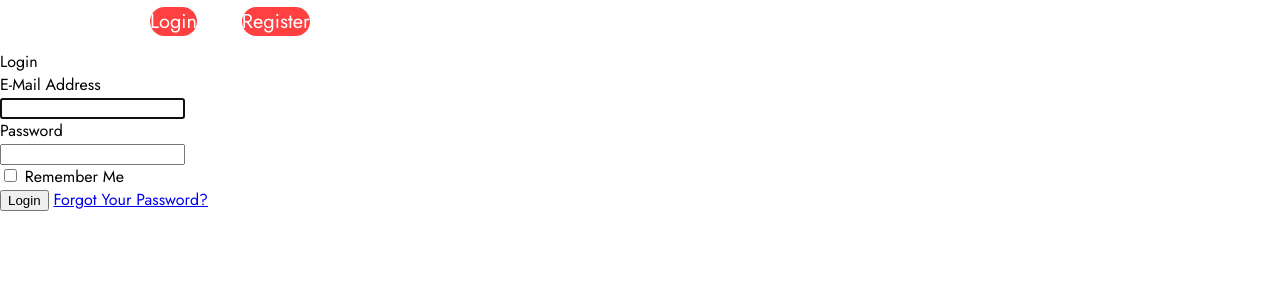
Repository: PatryxB/bikeService
Page: http://localhost/login
An editor plug-in stored every save of this project. The page is shown before and after the next save, followed by the edit.
The browser window is 1280 px wide. The pictures show the whole page.
The page is served by the project's Laravel application, run on PHP 8.4 with Laravel 8. Other server files are loaded and not shown. Style sheets and scripts are compiled from the project's sources, by tool versions that may differ from the author's.

Above is the page before, as saved 2020-05-01 15:44:17.

### resources/views/layouts/app.blade.php
<!doctype html>
<html lang="{{ str_replace('_', '-', app()->getLocale()) }}">
<head>
    <meta charset="utf-8">
    <meta name="viewport" content="width=device-width, initial-scale=1">

    <!-- CSRF Token -->
    <meta name="csrf-token" content="{{ csrf_token() }}">

    <title>{{ config('app.name', 'Laravel') }}</title>

    <!-- Scripts -->
    <script src="{{ asset('js/app.js') }}" defer></script>

    <!-- Fonts -->
    <link rel="dns-prefetch" href="//fonts.gstatic.com">
    <link href="https://fonts.googleapis.com/css?family=Nunito" rel="stylesheet">

    <!-- Styles -->
    <link href="{{ asset('css/app.css') }}" rel="stylesheet">
</head>
<body>
    <div id="app">
        <nav>
            @if (Route::has('login'))
                @auth
                    <a href="{{ url('/home') }}">Home</a>
                @else
                    <a href="{{ route('login') }}" role="button">Login</a>

                    @if (Route::has('register'))
                        <a href="{{ route('register') }}" role="button" style="margin-left:40px">Register</a>
                    @endif
                @endauth
            @endif

        </nav>
        <main>
            @yield('content')
        </main>
    </div>
</body>
</html>

### resources/sass/app.scss
@import url('https://fonts.googleapis.com/css2?family=Jost&display=swap');
html, body{
    box-sizing: border-box;
    margin: 0;
    padding: 0;
    font-family: 'Jost', sans-serif;
}
.banner img{
    width: 100%;
    height: 92vh;
}
nav{
    width: 100%;
    height: 7vh;
}
nav a{
    margin-top: 7px;
    text-decoration: none;
    display: inline-block;
    margin-left: 150px;
    border-radius: 25px;
    background-color: rgb(255, 64, 64);
    color: white;
    font-size: 20px;
}

Loaded but not shown: routes/web.php (common file); app/Http/Controllers/Auth/LoginController.php (common file); app/Http/Controllers/Controller.php (common file); app/Http/Controllers/Auth/ConfirmPasswordController.php (common file); resources/views/auth/login.blade.php (common file)

After the next save:
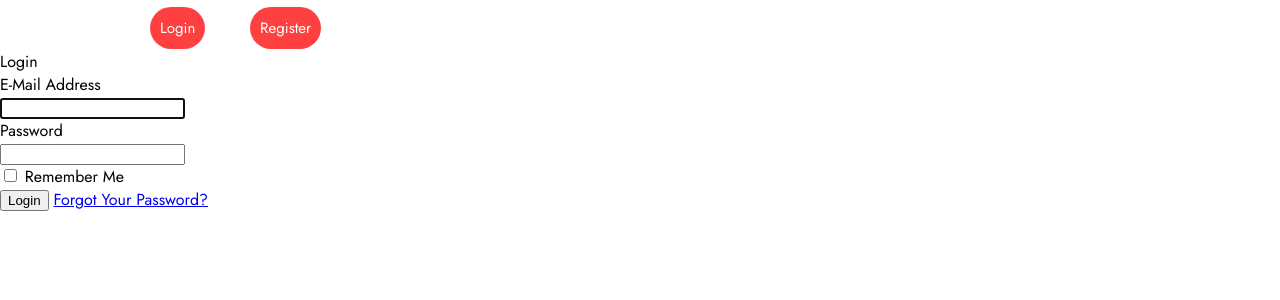
Saved 18 s later.
--- a/resources/sass/app.scss
+++ b/resources/sass/app.scss
@@ -21,5 +21,6 @@ nav a{
     border-radius: 25px;
     background-color: rgb(255, 64, 64);
     color: white;
-    font-size: 20px;
+    font-size: 15px;
+    padding: 10px;
 }
